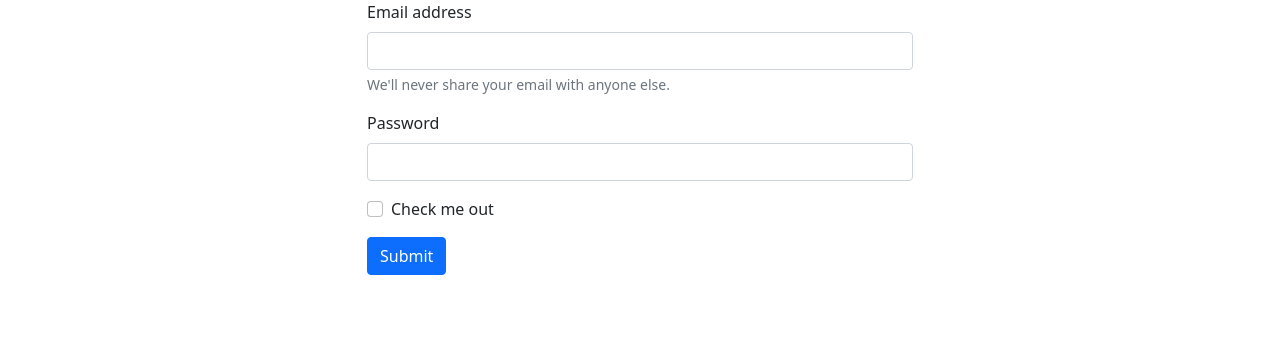
Repository: AmitKumarBhagat1/Spring-SpringBoot
Page: http://localhost/form
These files come from the project's save history. The page is drawn as it stood at one moment and after the next save; the edit follows.
The browser window is 1280 px wide. The pictures show the whole page.
The page is this project's Thymeleaf template; nobody is signed in. The template is opened directly, without the code that normally fills it, so the values that code supplies are empty.

Above is the page before, as saved 2024-07-04 17:04:46.

After the next save:
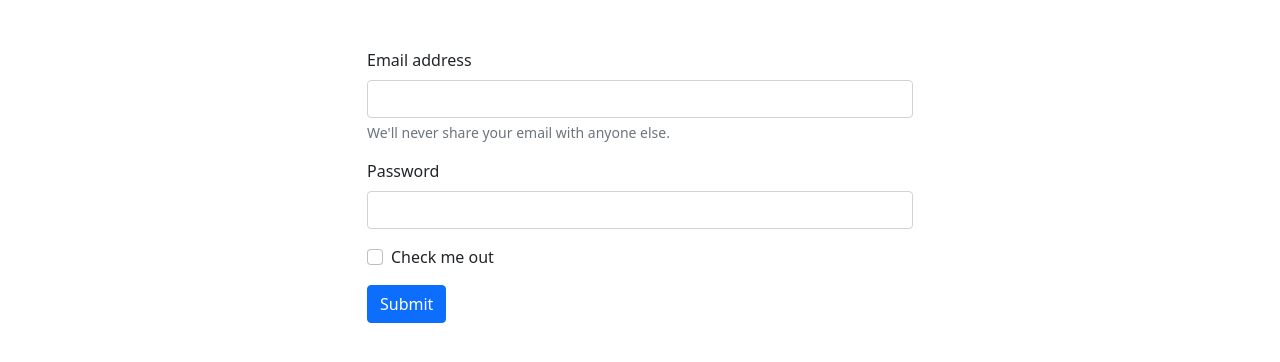
Saved 2 min 11 s later.
--- a/springvalidation/src/main/resources/templates/form.html
+++ b/springvalidation/src/main/resources/templates/form.html
@@ -10,7 +10,7 @@
 <body>
 
 	<div class="container">
-		<div class="row">
+		<div class="row mt-5">
 			<div class="col-md-6 offset-md-3">
 
 				<form>
